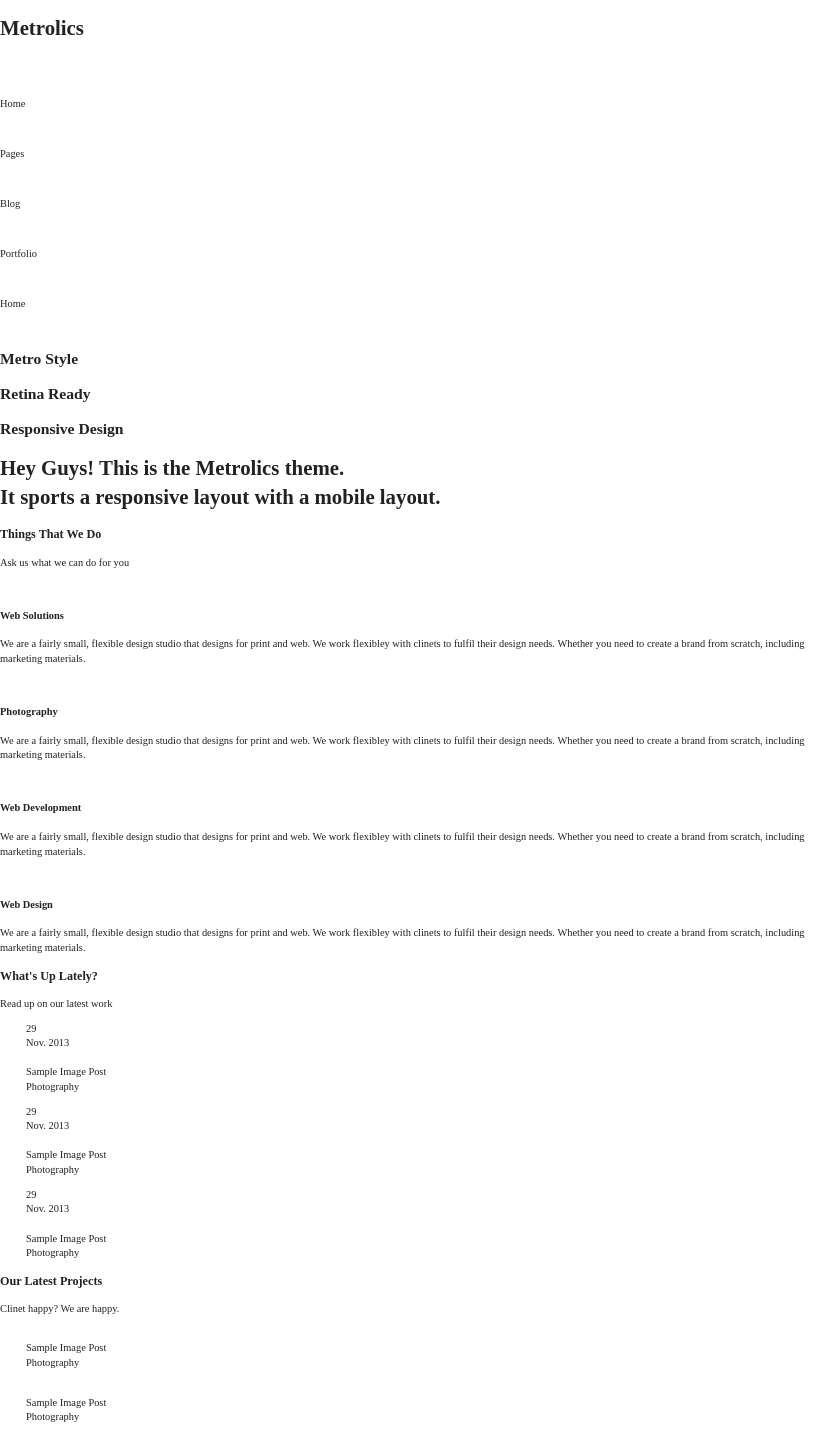
Repository: claudiashin/metrolics
Page: index.html
An editor plug-in stored every save of this project. The page is shown before and after the next save, followed by the edit.
The browser window is 1280 px wide. The pictures show the whole page, at 65% of full size.

Above is the page before, as saved 2021-01-27 15:57:12.

After the next save:
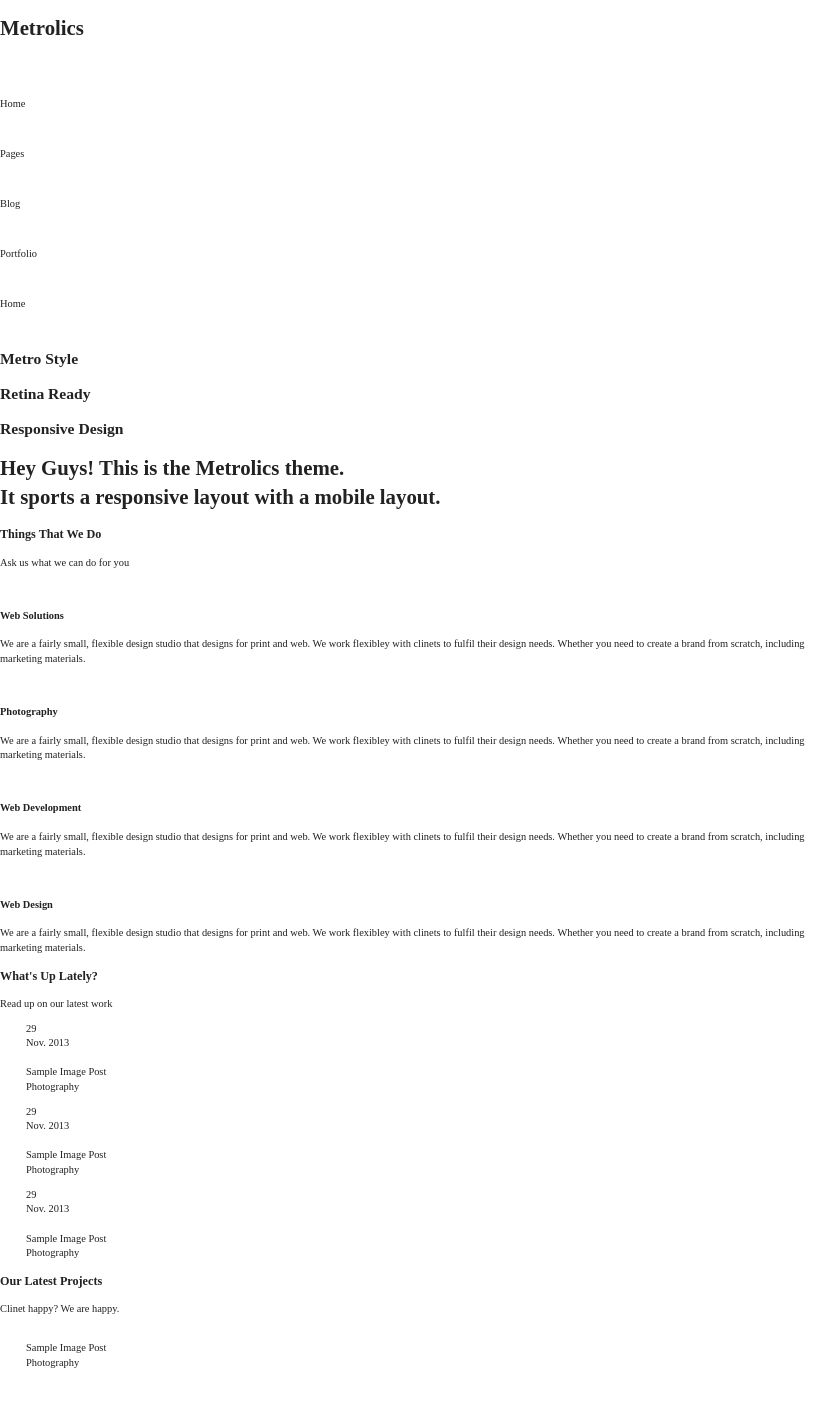
Saved 6 s later.
--- a/index.html
+++ b/index.html
@@ -157,7 +157,6 @@
     <div class="container">
       <figure>
         <img src="" value="">
-        <figcaption>Sample Image Post <br> Photography</figcaption>
       </figure>
     </div>
 
